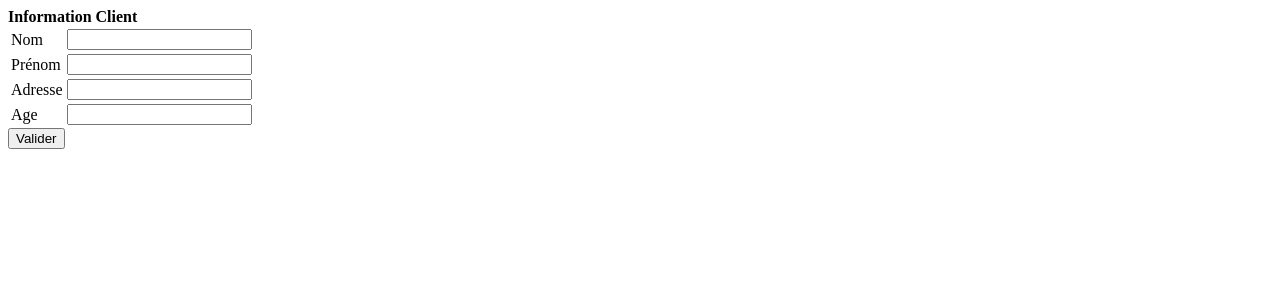
Repository: lemzoo/Formation_JEE
Page: TP_S07__Gestion_Session/src/main/webapp/index.html
These files come from the project's save history. The page is drawn as it stood at one moment and after the next save; the edit follows.
The browser window is 1280 px wide. The pictures show the whole page.

Above is the page before, as saved 2016-06-22 07:10:28.

After the next save:
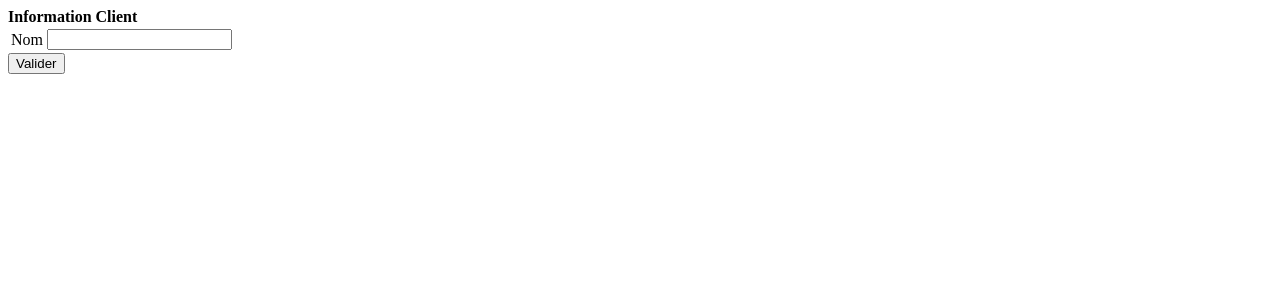
Saved 31 s later.
--- a/TP_S07__Gestion_Session/src/main/webapp/index.html
+++ b/TP_S07__Gestion_Session/src/main/webapp/index.html
@@ -13,18 +13,6 @@
 					<td>Nom</td>
 					<td><input type=text name="nom"></td>
 				</tr>
-				<tr>
-					<td>Prénom</td>
-					<td><input type=text name="prenom"></td>
-				</tr>
-				<tr>
-					<td>Adresse</td>
-					<td><input type=text name="adresse"></td>
-				</tr>
-				<tr>
-					<td>Age</td>
-					<td><input type=number name="age"></td>
-				</tr>
 			</table>
 			<input type="submit" value="Valider">
 		</form>
